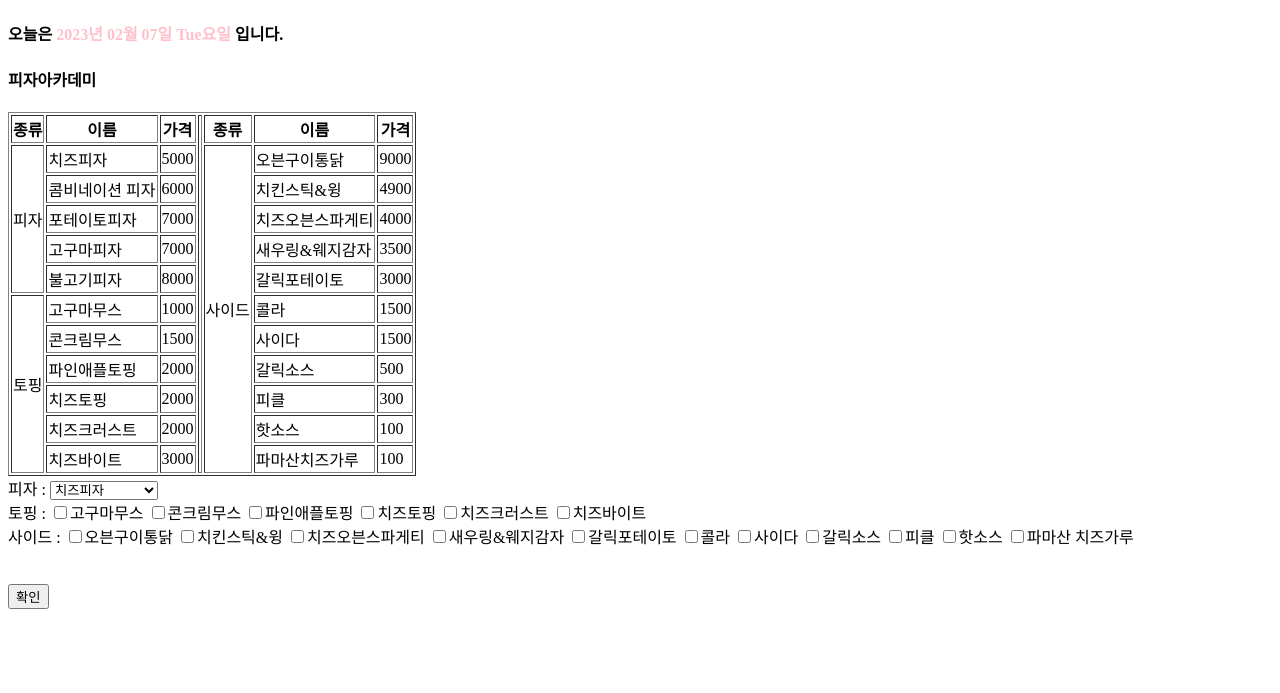
Repository: yejin0220/Web-workspace1
Page: http://localhost/2_JSP/views/04_PizzaOrderForm.jsp
The author's editor kept a copy of each file at every save. The page is drawn from the files as they stood at one save, then again after the next save.
The browser window is 1280 px wide. The pictures show the whole page.
The page is served by Tomcat 9.

Above is the page before, as saved 2023-02-09 02:56:45.

After the next save:
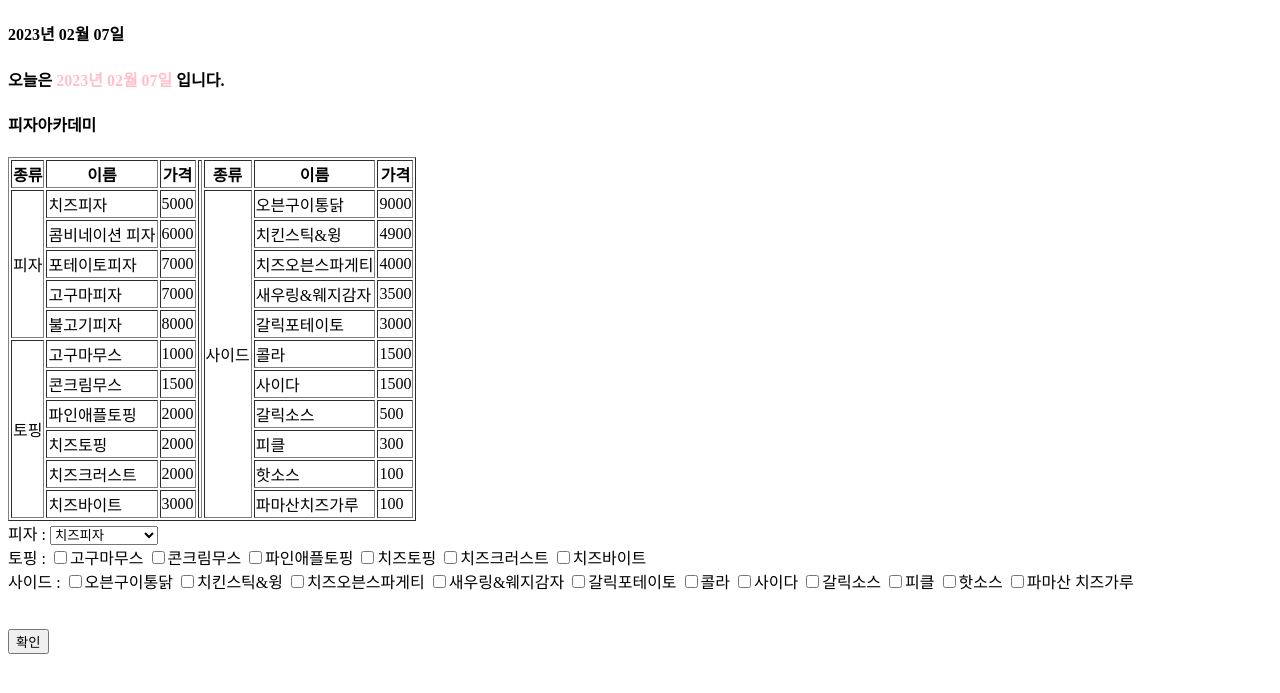
Saved 10 min 38 s later.
--- a/2_JSP/WebContent/views/04_PizzaOrderForm.jsp
+++ b/2_JSP/WebContent/views/04_PizzaOrderForm.jsp
@@ -12,13 +12,7 @@
 </head>
 <body>
 
-	<%
-
-		Date date = new Date();
-		SimpleDateFormat sdf = new SimpleDateFormat("yyyy년 MM월 dd일 E요일");
-		String today = sdf.format(date);
-
-	%>
+	<%@ include file="datePrint.jsp" %>
 
 	<h4>오늘은 <span><%= today %></span> 입니다.</h4>
 
